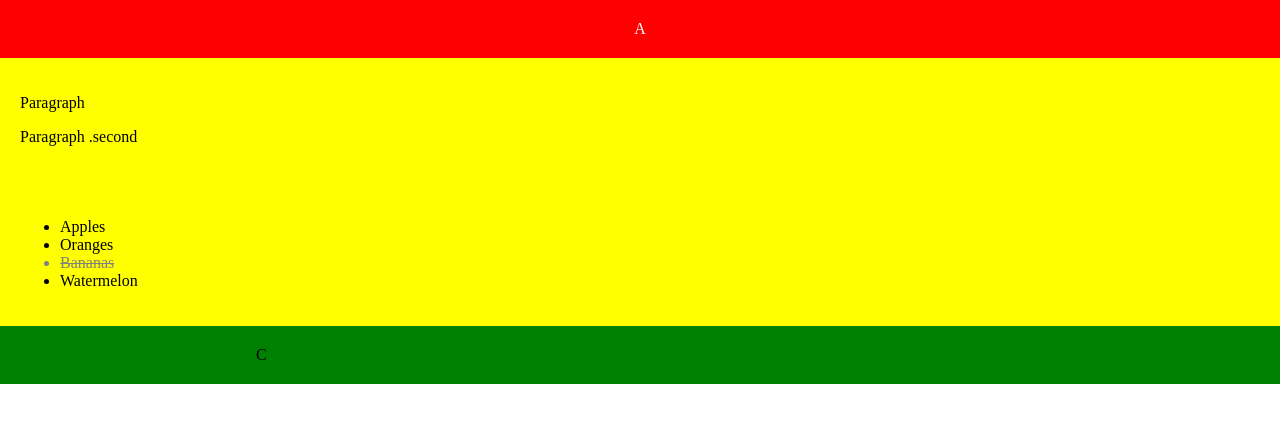
Repository: zdsherlock/Test-for-js
Page: index.html
An editor plug-in stored every save of this project. The page is shown before and after the next save, followed by the edit.
The browser window is 1280 px wide. The pictures show the whole page.

Above is the page before, as saved 2021-03-28 15:36:35.

### index.html
<!DOCTYPE html>
<html lang = "en">
    <head>
        <meta charset="UTF-8">
        <meta name="viewport" content="width=device-width, initial-scale=1.0">
        <title>2021练习页面</title>
        <link rel="stylesheet" href="css/style.css">
    </head>
    <body>
        <header>A</header>
        <section class="paragraph">
            <p>Paragraph</p>
            <p>Paragraph .second</p>
        </section>
        <section class="list">
            <ul>
                <li>Apples</li>
                <li>Oranges</li>
                <li class="delete">Bananas</li>
                <li>Watermelon</li>
            </ul>
        </section>
        <footer>C</footer>

        <script src="scripts/main.js"></script>
    </body>
</html>

### css/style.css
body    {
    margin:  0;
    padding:  0;
}

header  {
    background-color:  red;
    color:  white;
    padding:  20px;
    text-align:  center;
}

section {
    background-color: yellow;
    padding:  20px;
}

.paragraph  {

}

.list ul li.delete  {
    color:  gray;
    text-decoration: line-through;
}

footer  {
    background-color: green;
    padding-left:  20%;
    padding-top:  20px;
    padding-right:  20px;
    padding-bottom:  20px;
}

Loaded but not shown: scripts/main.js (no stored copy; drawn as an empty file)

After the next save:
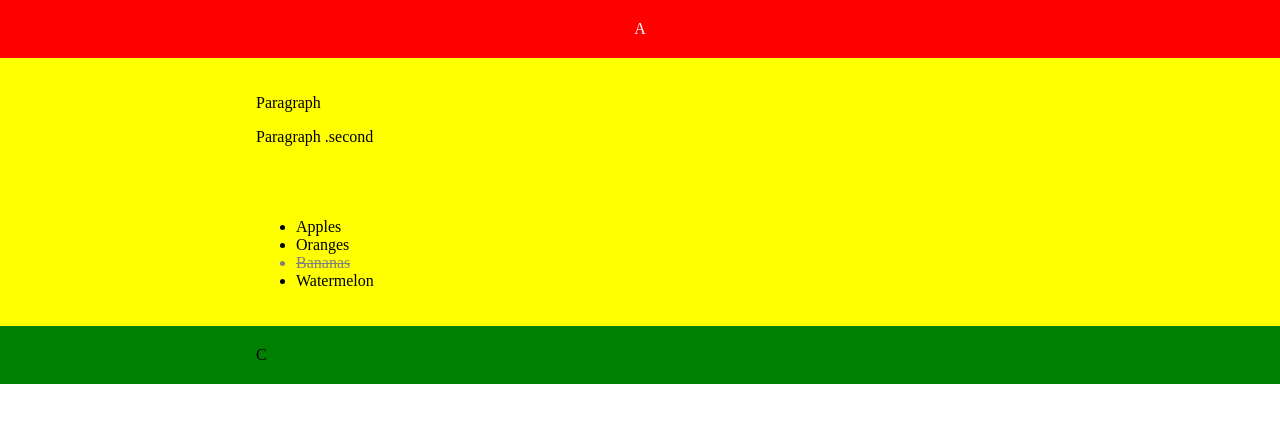
Saved 15 s later.
--- a/css/style.css
+++ b/css/style.css
@@ -12,7 +12,11 @@
 
 section {
     background-color: yellow;
-    padding:  20px;
+    padding-left:  20%;
+    padding-top:  20px;
+    padding-right:  20px;
+    padding-bottom:  20px;
+
 }
 
 .paragraph  {
